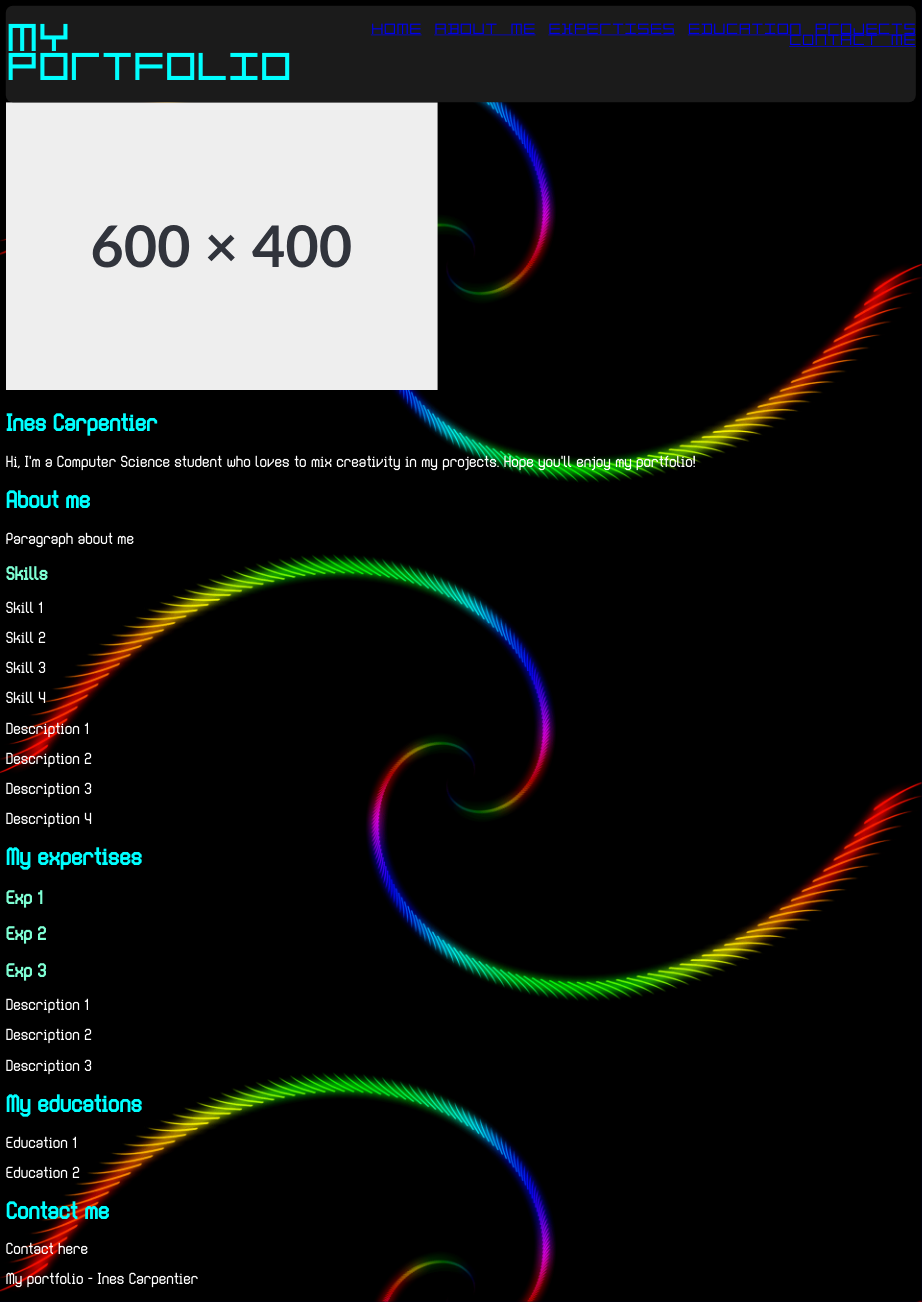
Repository: InsCarp/InsCarp
Page: index.html
These files come from the project's save history. The page is drawn as it stood at one moment and after the next save; the edit follows.
The browser window is 1280 px wide. The pictures show the whole page, at 72% of full size.
Backgrounds fixed to the window are drawn as part of the page.

Above is the page before, as saved 2026-04-22 11:23:11.

After the next save:
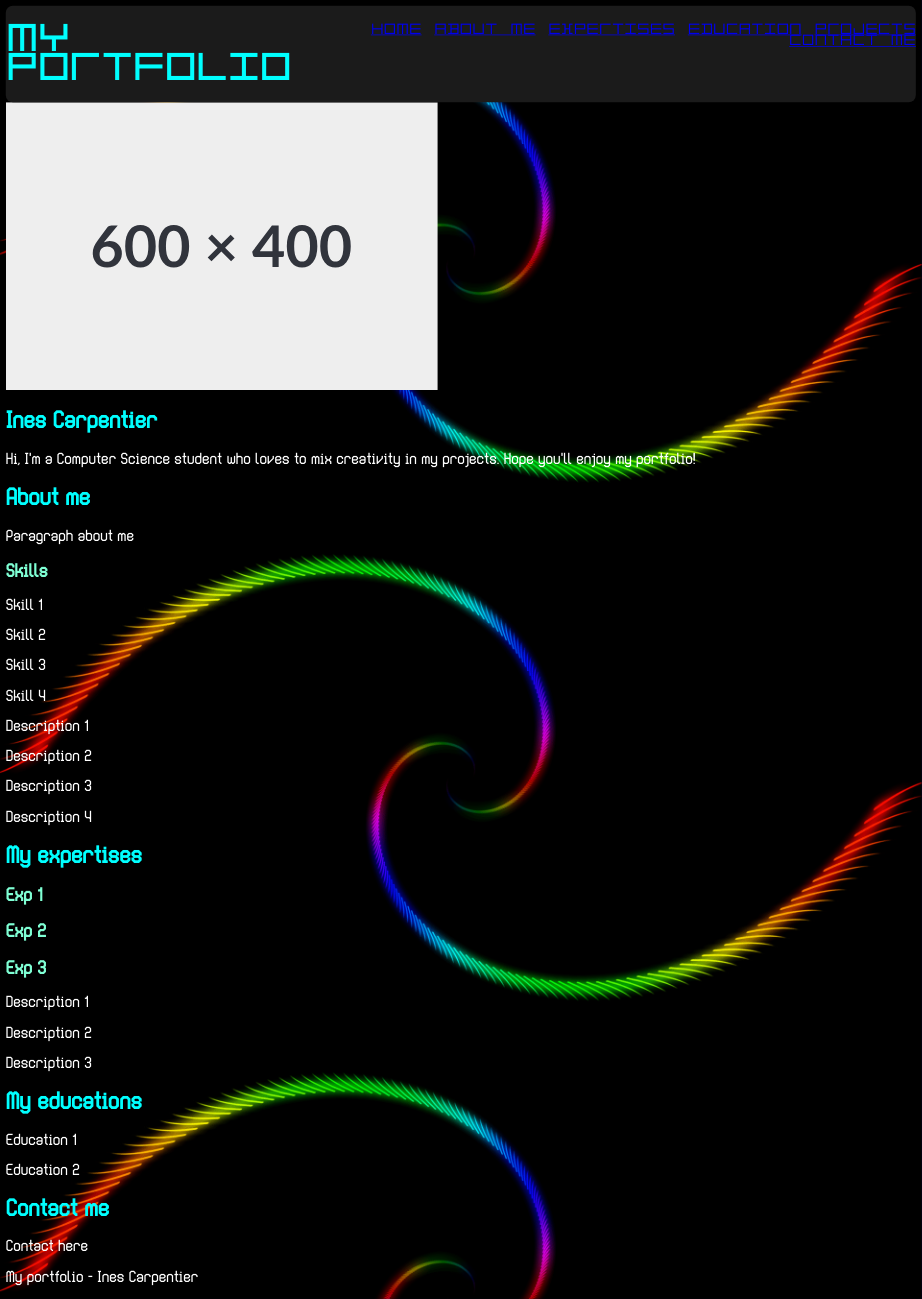
Saved 82 s later.
--- a/styles/index.css
+++ b/styles/index.css
@@ -1,3 +1,4 @@
 #Me{
-    text-align: center;
+    display:flex;
+    justify-content: center;
 }
